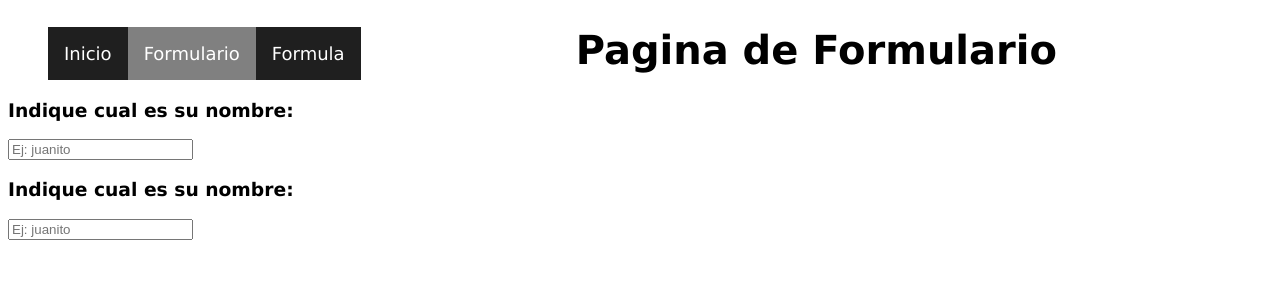
Repository: misterySnow94/tutoriales
Page: pagina basica/formulario.html
The author's editor kept a copy of each file at every save. The page is drawn from the files as they stood at one save, then again after the next save.
The browser window is 1280 px wide. The pictures show the whole page.

Above is the page before, as saved 2019-11-03 23:48:49.

After the next save:
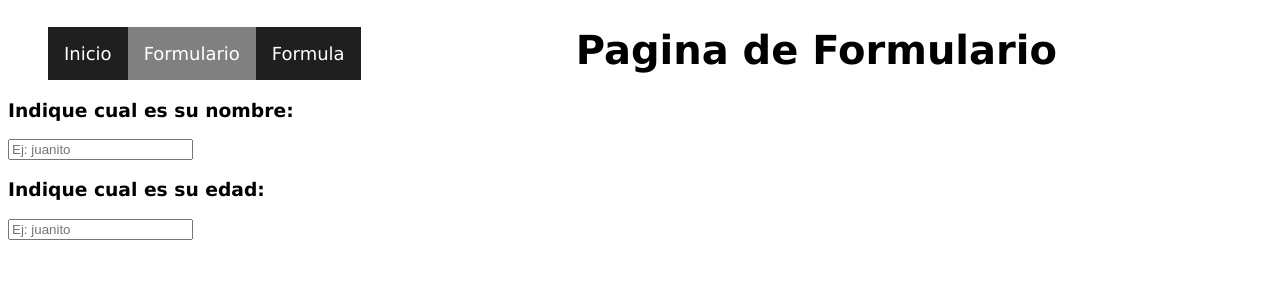
Saved 7 s later.
--- a/pagina basica/formulario.html
+++ b/pagina basica/formulario.html
@@ -24,8 +24,8 @@
                 <h3>Indique cual es su nombre:</h3>
                 <input type="text" placeholder="Ej: juanito" name="nombre">
             </label>
-            <label for="nombre">
-                <h3>Indique cual es su nombre:</h3>
+            <label for="edad">
+                <h3>Indique cual es su edad:</h3>
                 <input type="text" placeholder="Ej: juanito" name="nombre">
             </label>
         </form>
